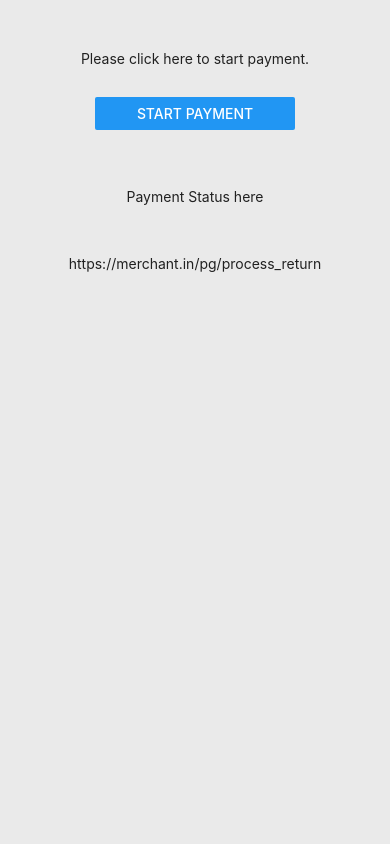
Repository: cashfree/pg-platform-custom-checkout
Screen: / (app in ReactNativeCustomCheckout/)
The author's editor kept a copy of each file at every save. The screen is drawn from the files as they stood at one save, then again after the next save.
The app was drawn by React Native's web renderer in a window 390 px wide. The project was rebuilt for these pictures with package versions that can differ from the ones it lists, and the page was loaded fresh each time.

Above is the screen before, as saved 2023-02-20 14:03:18.

After the next save:
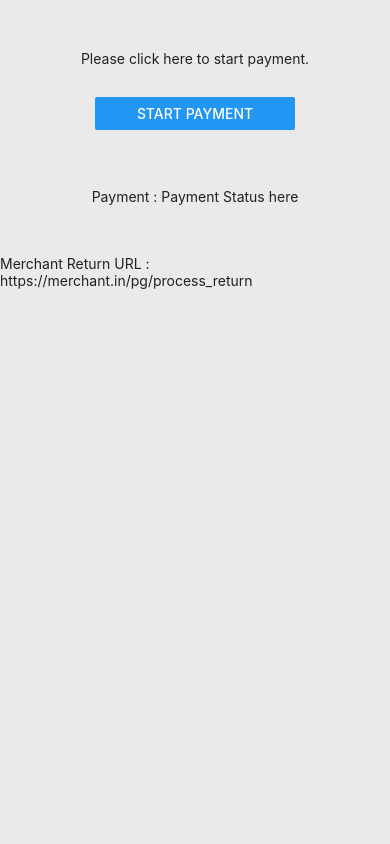
Saved 6 min 2 s later.
--- a/ReactNativeCustomCheckout/App.tsx
+++ b/ReactNativeCustomCheckout/App.tsx
@@ -34,8 +34,8 @@ function App(): JSX.Element {
         <Button onPress={() => startCheckout()} title="Start Payment" />
       </View>
 
-      <Text style={styles.text}> {paymentStatus} </Text>
-      <Text style={styles.text}> {paymentReturnUrl} </Text>
+      <Text style={styles.text}> Payment : {paymentStatus} </Text>
+      <Text style={styles.text}>Merchant Return URL : {paymentReturnUrl}</Text>
     </View>
   );
 }
